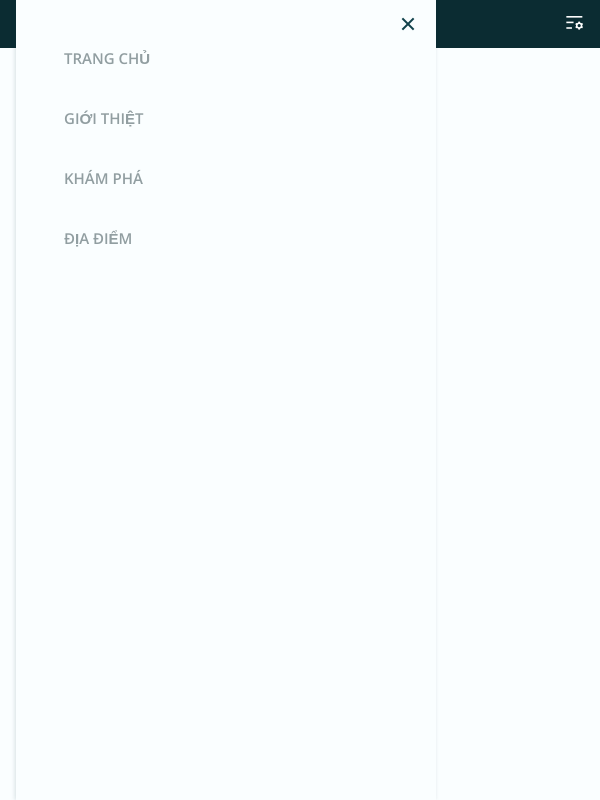
Repository: haokiet2501/travel-demo
Page: index.html
The author's editor kept a copy of each file at every save. The page is drawn from the files as they stood at one save, then again after the next save.
The browser window is 600 px wide. The pictures show the whole page.

Above is the page before, as saved 2021-09-21 10:16:37.

### index.html
<!DOCTYPE html>
<html lang="en">
<head>
    <meta charset="UTF-8">
    <meta http-equiv="X-UA-Compatible" content="IE=edge">
    <meta name="viewport" content="width=device-width, initial-scale=1.0">
    <link href="https://cdn.jsdelivr.net/npm/remixicon@2.5.0/fonts/remixicon.css" rel="stylesheet">
    <link rel="stylesheet" href="/css/style.css">
    <title>Website Travel</title>
</head>

<body>
    <header class="header" id="header">
        <nav class="nav container">
            <a href="#" class="nav__logo">Travel</a>

            <div class="nav__menu" id="nav-menu">
                <ul class="nav__list">
                    <li class="nav__item">
                        <a href="#home" class="nav__link">Trang chủ</a>
                    </li>
                    <li class="nav__item">
                        <a href="#about" class="nav__link">Giới thiệt</a>
                    </li>
                    <li class="nav__item">
                        <a href="#discover" class="nav__link">Khám phá</a>
                    </li>
                    <li class="nav__item">
                        <a href="#place" class="nav__link">Địa điểm</a>
                    </li>
                </ul>

                <i class="ri-close-line nav__close" id="nav-close"></i>
            </div>

            <div class="nav__toggle" id="nav-toggle">
                <i class="ri-list-settings-line"></i>
            </div>
        </nav>
    </header>
</body>

</html>

### css/style.css
/* Google Font */
@import url('https://fonts.googleapis.com/css2?family=Open+Sans:wght@400;600&family=Raleway:wght@500;600;700&display=swap');

/* Variables css */
:root {
    --header-height: 3rem;

    /* Colors */
    --hue-color: 190;

    /* HSL color mode */
    --first-color: hsl(var(--hue-color), 64%, 12%);
    --first-color-second: hsl(var(--hue-color), 64%, 22%);
    --first-color-alt: hsl(var(--hue-color), 64%, 15%);
    --title-color: hsl(var(--hue-color), 64%, 18%);
    --text-color: hsl(var(--hue-color), 24%, 35%);
    --text-color-light: hsl(var(--hue-color), 8%, 60%);
    --input-color: hsl(var(--hue-color), 24%, 97%);
    --body-color: hsl(var(--hue-color), 100%, 99%);
    --white-color: #FFF;
    --scroll-bar-color: hsl(var(--hue-color), 12%, 90%);
    --scroll-thumb-color: hsl(var(--hue-color), 12%, 75%);

    /* Font and typography */
    --body-font: 'Open Sans', sans-serif;
    --title-font: 'Raleway', sans-serif;
    --biggest-font-size: 2.5rem;
    --h1-font-size: 1.5rem;
    --h2-font-size: 1.25rem;
    --h3-font-size: 1rem;
    --normal-font-size: .938rem;
    --small-font-size: .813rem;
    --smaller-font-size: .75rem;

    /* Font Weight */
    --font-medium: 500;
    --font-semi-bold: 600;

    /* Margin Bottom */
    --mb-0-25: .25rem;
    --mb-0-5: .5rem;
    --mb-0-75: .75rem;
    --mb-1: 1rem;
    --mb-1-25: 1.25rem;
    --mb-1-5: 1.5rem;
    --mb-2: 2rem;
    --mb-2-5: 2.5rem;

    /* Z-index */
    --z-tooltip: 10;
    --z-fixed: 100;

    /* Hover overlay */
    --img-transition: .3s;
    --img-hidden: hidden;
    --img-scale: scale(1.1);
}

@media screen and (min-width: 960px) {
    :root {
        --biggest-font-size: 4rem;
        --h1-font-size: 2.25rem;
        --h2-font-size: 1.75rem;
        --h3-font-size: 1.25rem;
        --normal-font-size: 1rem;
        --small-font-size: .875rem;
        --smaller-font-size: .813rem;
    }
}

/* Base */
* {
    padding: 0;
    margin: 0;
    box-sizing: border-box;
}

html {
    scroll-behavior: smooth;
}

body {
    margin: var(--header-height) 0 0 0;
    font-family: var(--body-font);
    font-size: var(--normal-font-size);
    background-color: var(--body-color);
    color: var(--text-color);
}

h1,h2,h3 {
    color: var(--title-color);
    font-weight: var(--font-semi-bold);
    font-family: var(--title-font);
}

ul {
    list-style: none;
}

a {
    text-decoration: none;
}

img, video {
    max-width: 100%;
    height: auto;
}

button, input {
    border: none;
    font-family: var(--body-font);
    font-size: var(--normal-font-size);
}

button {
    cursor: pointer;
}

input {
    outline: none;
}

/* Reusable css classed */
.section {
    padding: 4.5rem 0 2.5rem;
}

.section__title {
    font-size: var(--h2-font-size);
    color: var(--title-color);
    text-align: center;
    text-transform: capitalize;
    margin-bottom: var(--mb-2);
}

.container {
    max-width: 960px;
    margin-left: var(--mb-1);
    margin-right: var(--mb-1);
}

.grid {
    display: grid;
    gap: 1.5rem;
}

/* HEADER */
.header {
    width: 100%;
    position: fixed;
    top: 0;
    left: 0;
    z-index: var(--z-fixed);
    background-color: var(--first-color);
}

/* NAV */
.nav {
    display: flex;
    justify-content: space-between;
    align-items: center;
    height: var(--header-height);
}

.nav__logo, .nav__toggle {
    color: var(--white-color);
}

.nav__logo {
    font-weight: var(--font-semi-bold);
}

.nav__toggle {
    font-size: 1.2rem;
    cursor: pointer;
}

.nav__menu {
    position: relative;
}

@media screen and (max-width: 767px) {
    .nav__menu {
        position: fixed;
        background-color: var(--body-color);
        top: 0;
        right: -100;
        width: 70%;
        height: 100%;
        box-shadow: -1px 0 4px hsla(var(--hue-color), 64%, 15%, .15);
        padding: 3rem;
        transition: .4s;
    }
}

.nav__list {
    display: flex;
    flex-direction: column;
    row-gap: 2.5rem;
}

.nav__link {
    color: var(--text-color-light);
    font-weight: var(--font-semi-bold);
    text-transform: uppercase;
}

.nav__link:hover {
    color: var(--text-color);
}

.nav__close {
    position: absolute;
    top: .75rem;
    right: 1rem;
    font-size: 1.5rem;
    color: var(--title-color);
    cursor: pointer;
}

After the next save:
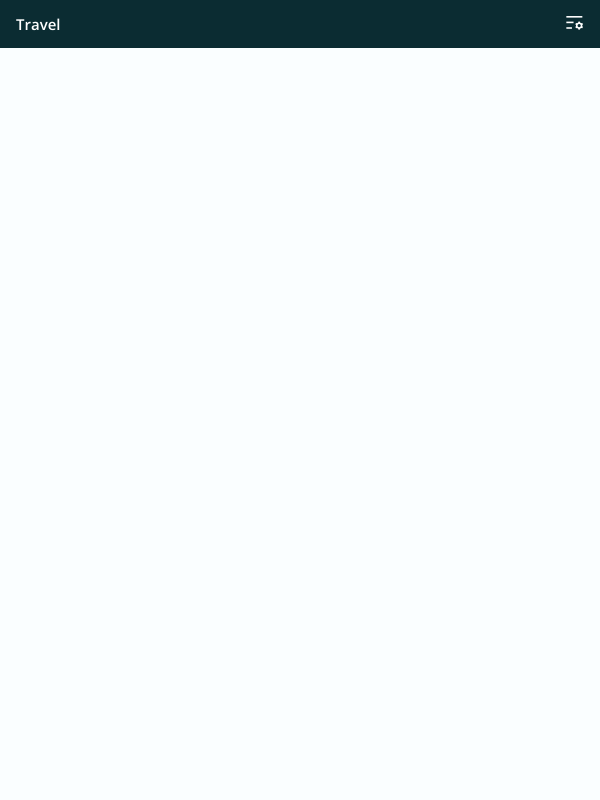
Saved 11 s later.
--- a/css/style.css
+++ b/css/style.css
@@ -184,7 +184,7 @@ input {
         position: fixed;
         background-color: var(--body-color);
         top: 0;
-        right: -100;
+        right: -100%;
         width: 70%;
         height: 100%;
         box-shadow: -1px 0 4px hsla(var(--hue-color), 64%, 15%, .15);
